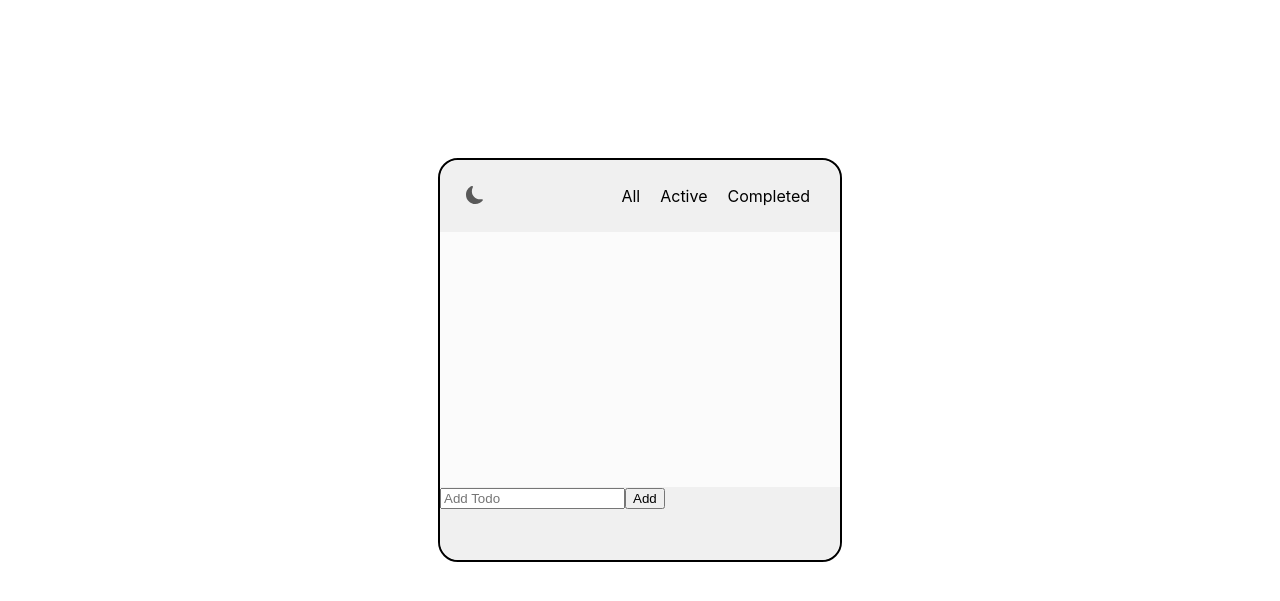
Repository: momo0170/react_todolist
Page: /
These files come from the project's save history. The page is drawn as it stood at one moment and after the next save; the edit follows.
The browser window is 1280 px wide. The pictures show the whole page.
The project was rebuilt for these pictures with package versions that can differ from the ones it lists, and the page was loaded fresh each time. Also part of the build but not shown: src/css/Todo.module.css, src/components/Todo.jsx.

Above is the page before, as saved 2022-11-02 12:53:05.

### src/index.css
body {
  margin: 0;
  font-family: -apple-system, BlinkMacSystemFont, 'Segoe UI', 'Roboto', 'Oxygen',
    'Ubuntu', 'Cantarell', 'Fira Sans', 'Droid Sans', 'Helvetica Neue',
    sans-serif;
  -webkit-font-smoothing: antialiased;
  -moz-osx-font-smoothing: grayscale;
  height: 100vh;
  display: flex;
  justify-content: center;
  align-items: center;
}

code {
  font-family: source-code-pro, Menlo, Monaco, Consolas, 'Courier New',
    monospace;
}

### src/App.jsx
import styles from './App.module.css';
import { BsMoonFill, BsSun } from 'react-icons/bs';
import { useEffect, useRef, useState } from 'react';
import Todo from './components/Todo';

function App() {
  const [todos, setTodos] = useState([]);
  const onSubmit = (e) => {
    console.log(e);
    e.preventDefault();
    if (e.target[0].value !== '') {
      setTodos([...todos, { id: todos.length + 1, name: e.target[0].value }]);
      e.target[0].value = '';
    }
  };

  const onChange = (e) => {
    console.log(e.target.value);
  };
  const onDelete = (targetId) => {
    setTodos((prev) => prev.filter((todo) => todo.id !== targetId));
  };

  console.log(todos);

  return (
    <div className={styles.container}>
      <header className={styles.header}>
        <button className={styles.modeBtn}>
          <BsMoonFill size="18" color="#595959" />
        </button>
        <ul className={styles.filter}>
          <li>All</li>
          <li>Active</li>
          <li>Completed</li>
        </ul>
      </header>
      <main className={styles.main}>
        {todos.map((todo) => (
          <li className={styles.list} key={todo.id}>
            <Todo todo={todo} onDelete={onDelete} />
          </li>
        ))}
      </main>
      <footer className={styles.footer}>
        <form className={styles.form} onSubmit={onSubmit}>
          <input
            type="text"
            placeholder="Add Todo"
            className={styles.input}
            onChange={onChange}
          />
          <button className={styles.addBtn}>Add</button>
        </form>
      </footer>
    </div>
  );
}

export default App;

### src/App.module.css
.container {
  display: flex;
  flex-direction: column;
  border: 2px solid black;
  border-radius: 20px;
  width: 400px;
  height: 400px;
}

.header {
  display: flex;
  background-color: #f0f0f0;
  border-radius: 20px 20px 0 0;
  justify-content: space-between;
  padding: 0 20px;
}
.modeBtn {
  border: 0;
  background-color: transparent;
}
.filter {
  list-style: none;
  display: flex;
  padding: 0;
}
.filter li {
  margin: 10px;
}

.main {
  flex: 1 1 70%;
  background-color: #fbfbfb;
}

.footer {
  flex: 1 1 20%;
  background-color: #f0f0f0;
  border-radius: 0 0 20px 20px;
}

Loaded but not shown: public/index.html (common file); src/index.js (common file); src/reportWebVitals.js (common file)

After the next save:
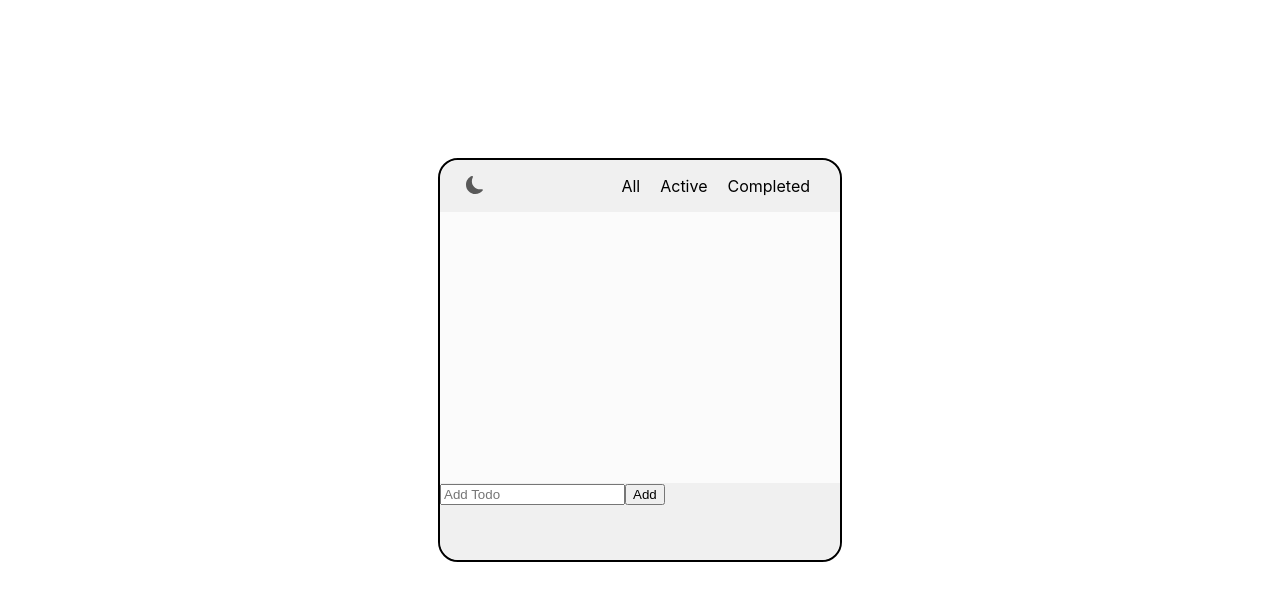
Saved 18 s later.
--- a/src/App.module.css
+++ b/src/App.module.css
@@ -24,7 +24,7 @@
   padding: 0;
 }
 .filter li {
-  margin: 10px;
+  margin: 0 10px;
 }
 
 .main {
